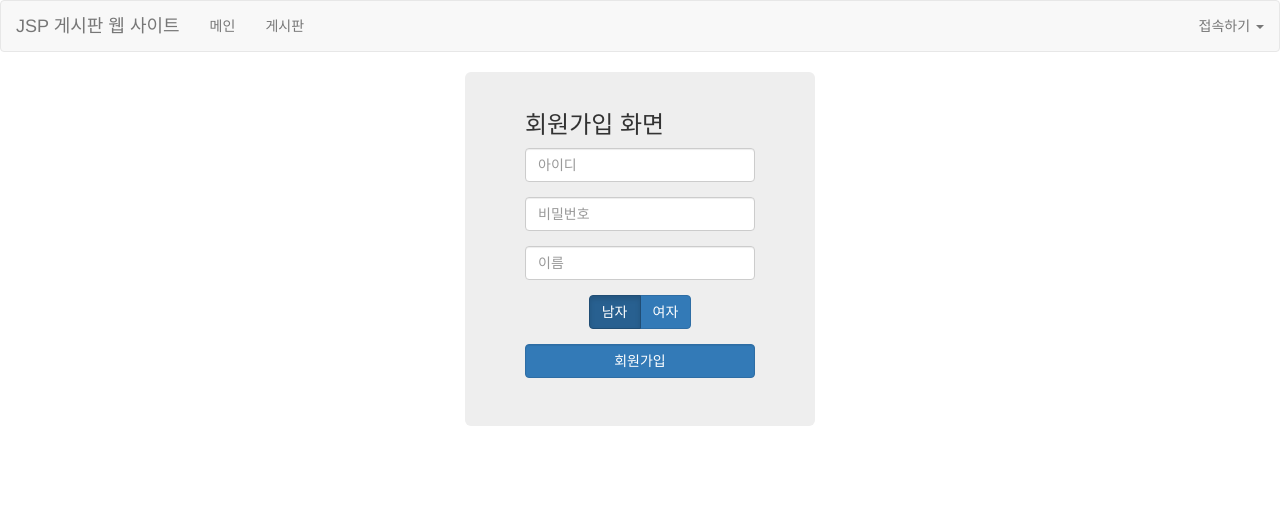
Repository: TheChok/BbsClone
Page: http://localhost/BBS/join.jsp
The author's editor kept a copy of each file at every save. The page is drawn from the files as they stood at one save, then again after the next save.
The browser window is 1280 px wide. The pictures show the whole page.
Some web libraries are served in a nearby version. The page is served by Tomcat 9. Other server files are loaded and not shown.

Above is the page before, as saved 2023-09-21 07:33:31.

### BBS/src/main/webapp/join.jsp
<%@ page language="java" contentType="text/html; charset=UTF-8" pageEncoding="UTF-8"%>
<!DOCTYPE html>
<html>
<head>
	<meta http-equiv="Content-Type" content="text/html; charset=UTF-8">
	<meta name="viewport" content="width=device-width", initial-scale="1">
	<link rel="stylesheet" href="css/bootstrap.css">
	<title>JSP 게시판 웹 사이트</title>

</head>
<body>

	<!-- navbar -->
	<nav class="navbar navbar-default">
		<div class="navbar-header">
			<button type="button" class="navbar-toggle"
				data-toggle="collapse" data-target="#bs-example-navbar-collapse-1"
				aria-expanded="false">
				<span class="icon-bar"></span>
				<span class="icon-bar"></span>
				<span class="icon-bar"></span>
			</button>
			<a class="navbar-brand" href="main.jsp">JSP 게시판 웹 사이트</a>
		</div>

		<div class="collapse navbar-collapse" id="bs-example-navbar-collapse-1">
			<ul class="nav navbar-nav">
				<li><a href="main.jsp">메인</a></li>
				<li><a href="bbs.jsp">게시판</a></li>
			</ul>
			<ul class="nav navbar-nav navbar-right">
				<li class="dropdown">
					<a href="#" class="dropdown-toggle"
						data-toggle="dropdown" role="button" aria-haspopup="true"
						aria-expanded="false">
						접속하기
						<span class="caret"></span>
					</a>
					<ul class="dropdown-menu">
						<li class="active">
							<a href="login.jsp">로그인</a>
						</li>
						<li>
							<a href="join.jsp">회원가입</a>
						</li>
					</ul>
				</li>
			</ul>
		</div>
	</nav>
	<!-- End - navbar -->

	<!-- container -->
	<div class="container">
		<div class="col-lg-4"></div>
		<div class="col-lg-4">
			<div class="jumbotron" style="padding-top:20px;">
				<form method="post" action="loginAction.jsp">
					<h3 style="text-aligh:center;">회원가입 화면</h3>
					<div class="form-group">
						<input type="text" class="form-control" placeholder="아이디" name="userID" maxlength="20" />
					</div>
					<div class="form-group">
						<input type="password" class="form-control" placeholder="비밀번호" name="userPassword" maxlength="20" />
					</div>
					<div class="form-group">
						<input type="text" class="form-control" placeholder="이름" name="userName" maxlength="20" />
					</div>
					<div class="form-group" style="text-align:center;">
						<div class="btn-group" data-toggle="buttons">
							<label class="btn btn-primary active">
								<input type="radio" name="userGender" autocomplete="off" value="남자" checked />남자
							</label>
							<label class="btn btn-primary">
								<input type="radio" name="userGender" autocomplete="off" value="여자" checked />여자
							</label>
						</div>
					</div>

					<input type="submit" class="btn btn-primary form-control" value="회원가입" />
				</form>
			</div>
		</div>
	</div>



	<script src="https://code.jquery.com/jquery-3.1.1.min.js"></script>
	<script src="js/bootstrap.js"></script>
</body>
</html>

Loaded but not shown: BBS/src/main/webapp/css/bootstrap.css (library); BBS/src/main/webapp/js/bootstrap.js (library)

After the next save:
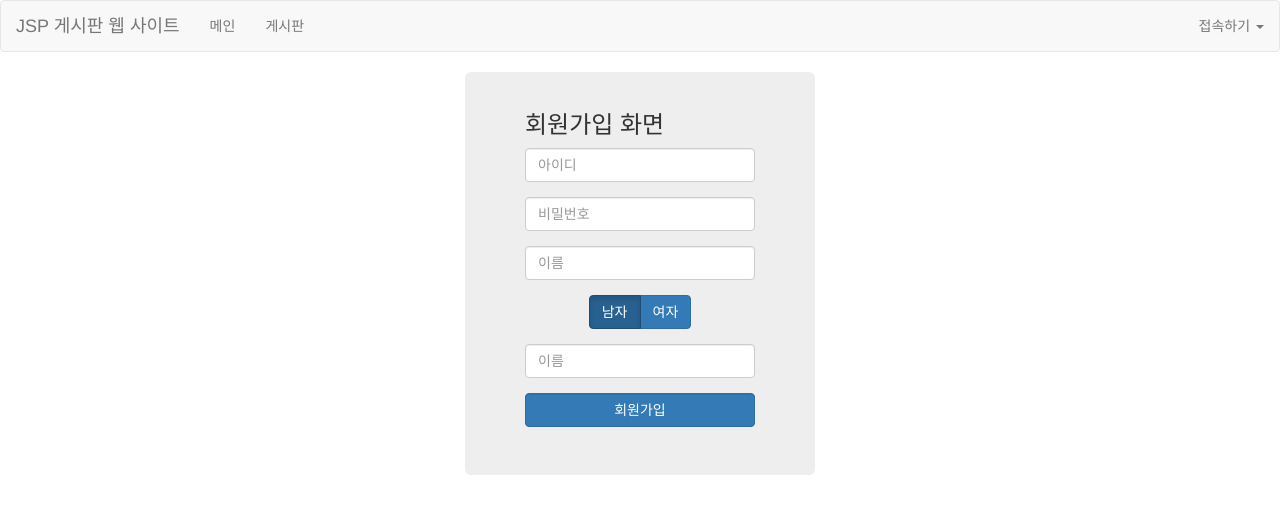
Saved 14 s later.
--- a/BBS/src/main/webapp/join.jsp
+++ b/BBS/src/main/webapp/join.jsp
@@ -76,6 +76,9 @@
 							</label>
 						</div>
 					</div>
+					<div class="form-group">
+						<input type="text" class="form-control" placeholder="이름" name="userName" maxlength="20" />
+					</div>
 
 					<input type="submit" class="btn btn-primary form-control" value="회원가입" />
 				</form>
